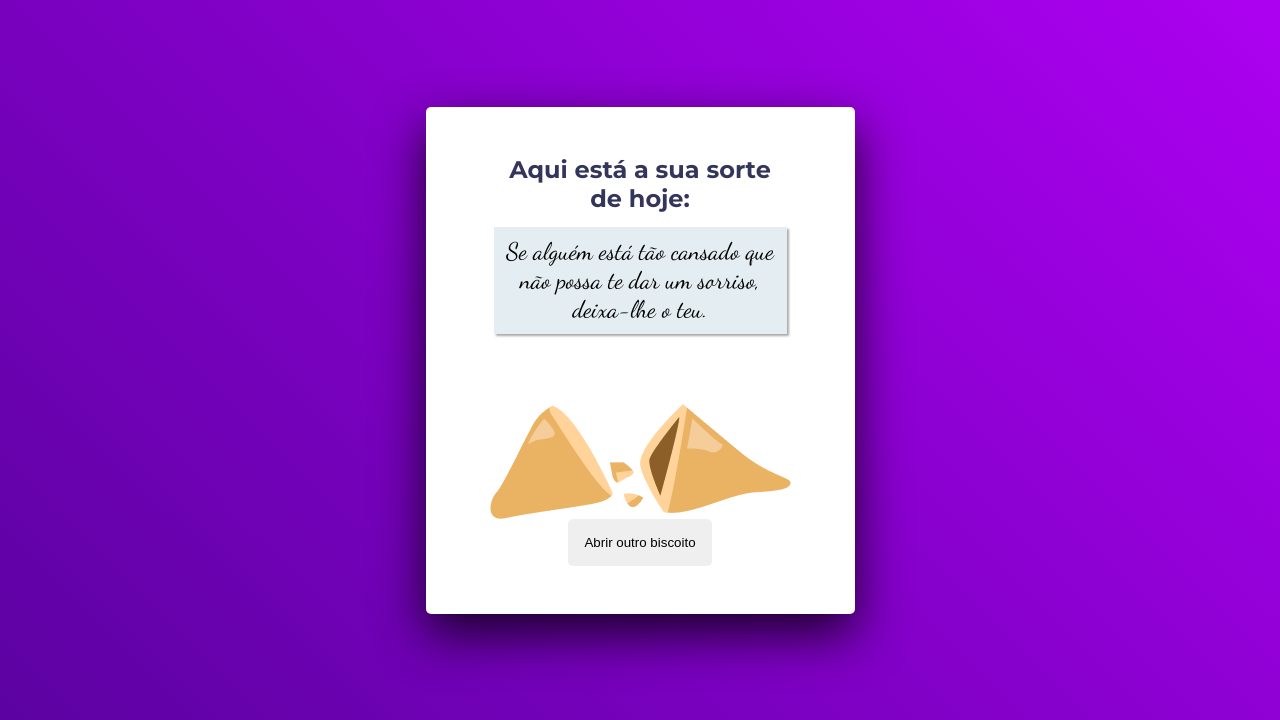
Repository: caueenrico/cookieCoach
Page: index.html
The author's editor kept a copy of each file at every save. The page is drawn from the files as they stood at one save, then again after a run of saves.
The browser window is 1280 px wide. The pictures show the whole page.

Above is the page before, as saved 2023-06-27 16:49:52.

After the next 2 saves:
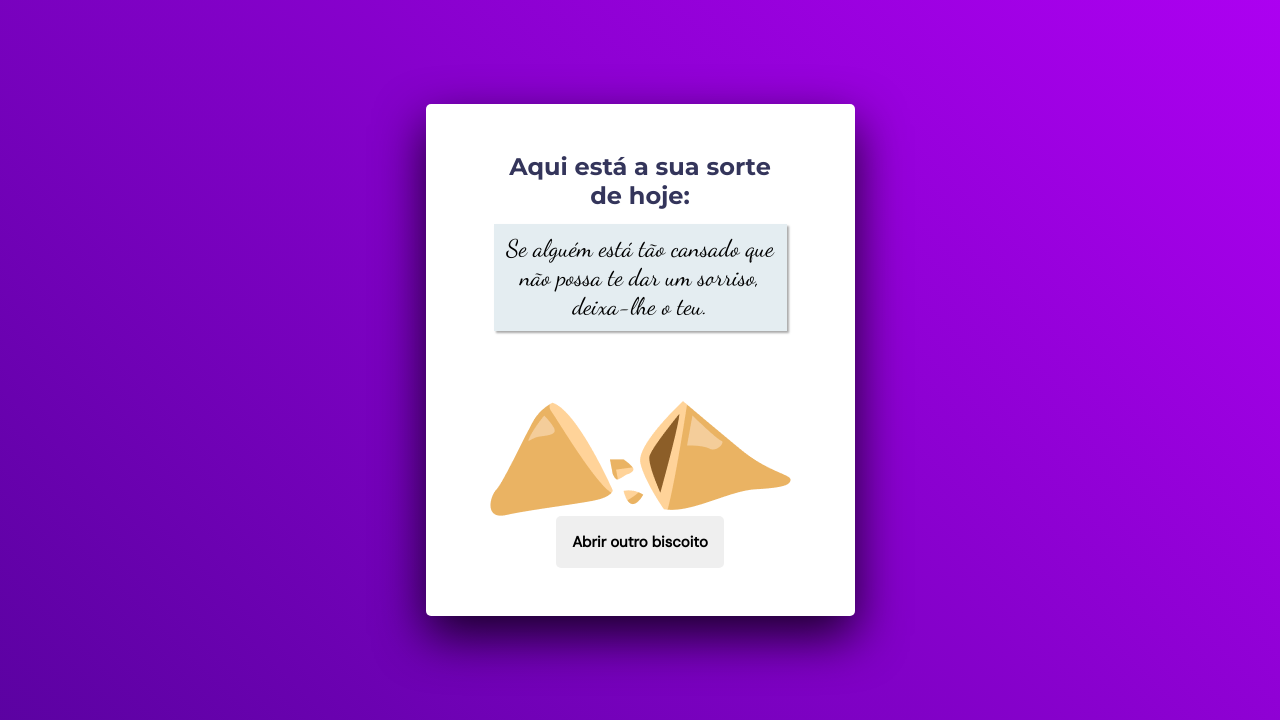
The 2 saves are shown as one change because they came seconds apart.
The last was saved 17 s later.
--- a/style.css
+++ b/style.css
@@ -112,25 +112,24 @@ span {
   font-family: Dancing Script;
   color: #000;
 
-  box-shadow: 2px 2px 2px 0px rgba(85, 85, 85, 0.50);
+  box-shadow: 2px 2px 2px 0px rgba(85, 85, 85, 0.5);
 
-  margin-bottom: 7.0rem;
+  margin-bottom: 7rem;
 }
 
-.abriu{
-
+.abriu {
   display: flex;
   flex-direction: column;
   align-items: center;
-
-
 }
 
-.abriu button{
+.abriu button {
   padding: 1.6rem;
   border-radius: 5px;
 
   border: none;
 
-
+  font-size: 15px;
+  font-family: DM Sans;
+  font-weight: 700;
 }
